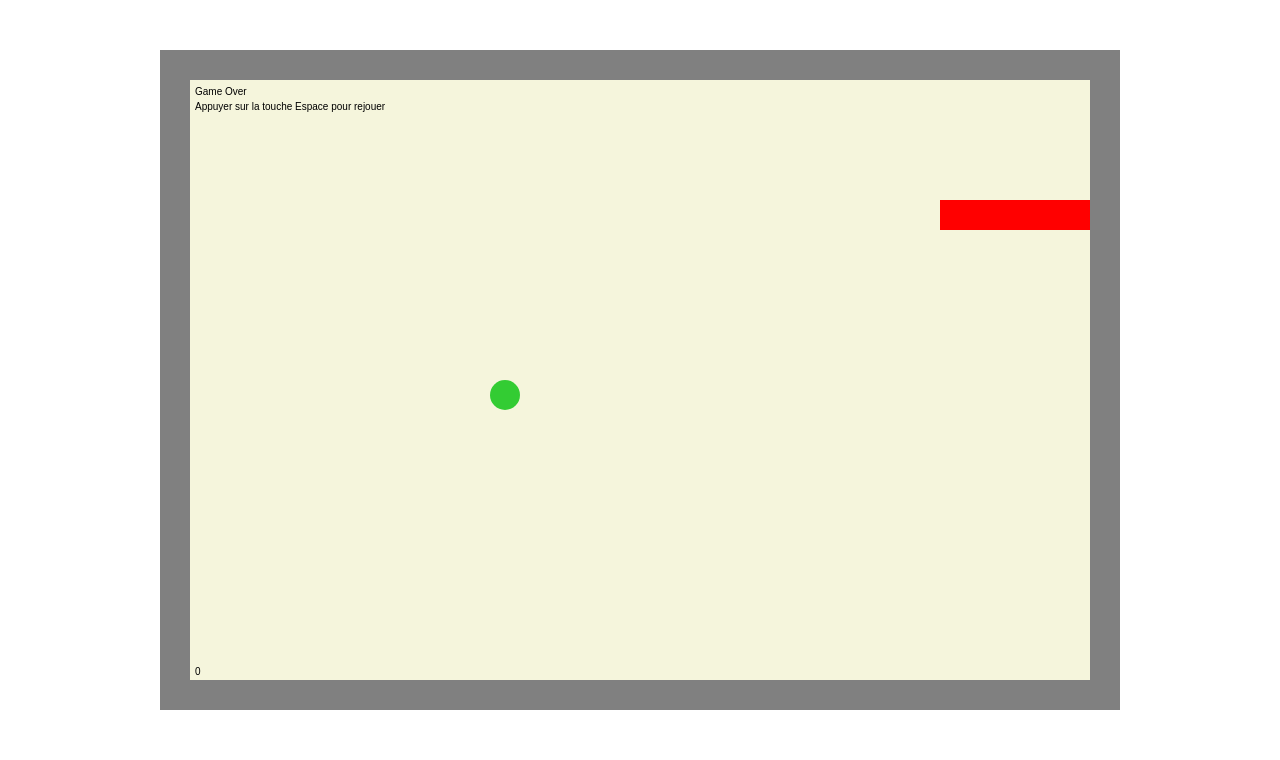
Repository: 0Memo/serpent
Page: index.html
The author's editor kept a copy of each file at every save. The page is drawn from the files as they stood at one save, then again after the next save.
The browser window is 1280 px wide. The pictures show the whole page.

Above is the page before, as saved 2020-12-16 22:10:49.

After the next save:
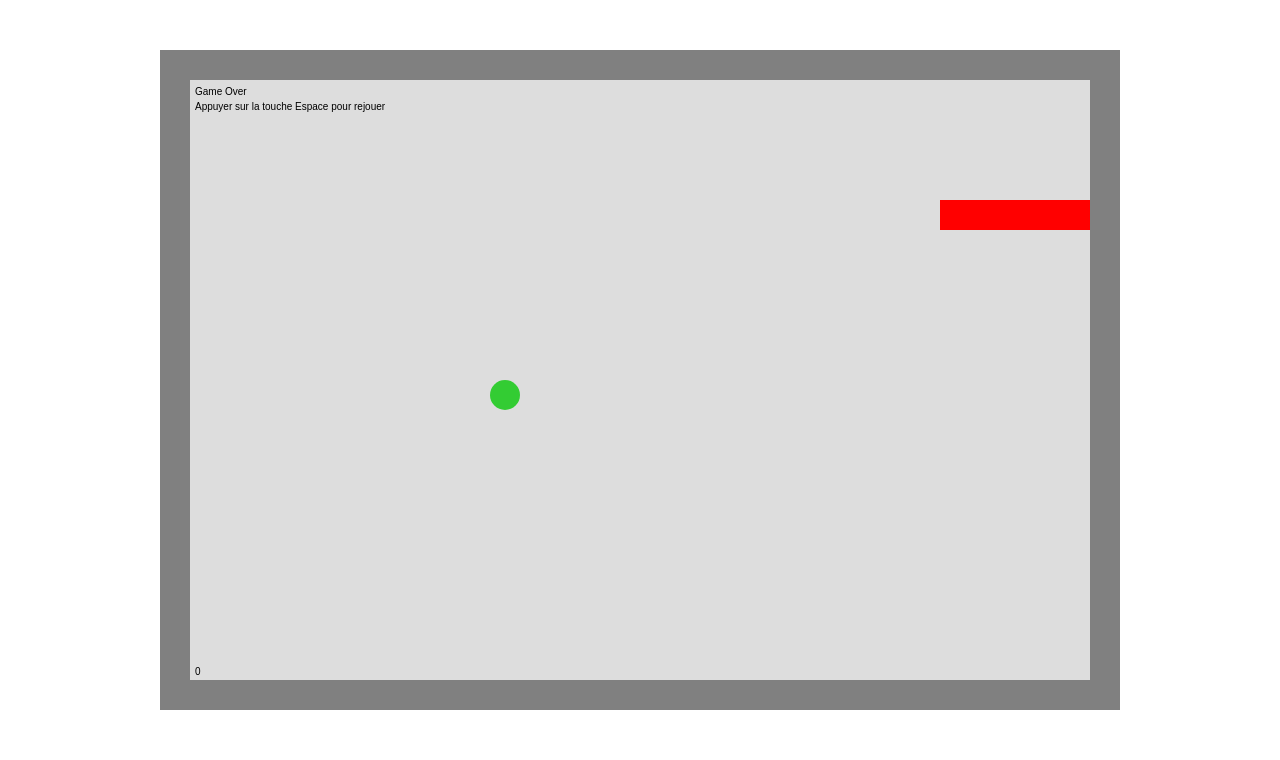
Saved 24 s later.
--- a/js/script.js
+++ b/js/script.js
@@ -19,7 +19,7 @@ window.onload = function(){
         canvas.style.border = "30px solid gray";
         canvas.style.margin = "50px auto";
         canvas.style.display = "block";
-        canvas.style.backgroundColor = "beige";
+        canvas.style.backgroundColor = "#ddd";
         document.body.appendChild(canvas);
         ctx = canvas.getContext('2d');
         snakey = new snake([[6,4], [5,4], [4,4], [3,4], [2, 4]], "right");
